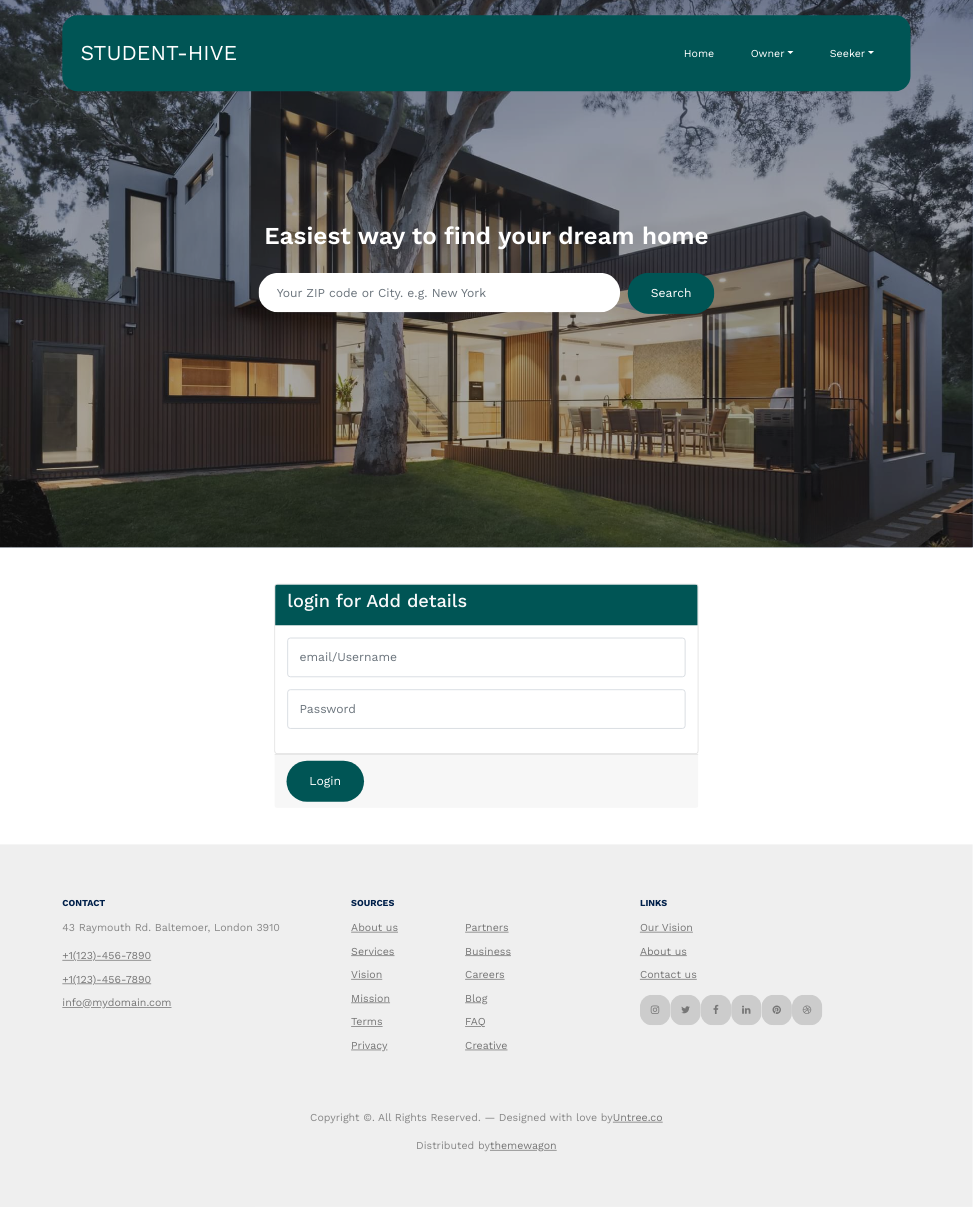
Repository: Farhan0021/Rentalproject
Page: /owner/Login (app in front/)
An editor plug-in stored every save of this project. The page is shown before and after a run of saves, followed by the edit.
The browser window is 1280 px wide. The pictures show the whole page, at 76% of full size.
The project was rebuilt for these pictures with package versions that can differ from the ones it lists, and the page was loaded fresh each time. Also part of the build but not shown: front/vite.config.js, front/src/pages/Home.jsx, front/src/pages/seekers/Login.jsx, front/src/schema/SeekerSignupSchema.jsx, front/src/pages/seekers/Signup.jsx, front/src/schema/OwnerSignupSchema.jsx, front/src/pages/owner/Signup.jsx, front/src/pages/Details.jsx and 1 more.

Above is the page before, as saved 2025-05-09 10:50:55.
Console error: TypeError: Cannot read properties of null (reading 'style')

After the next 2 saves:
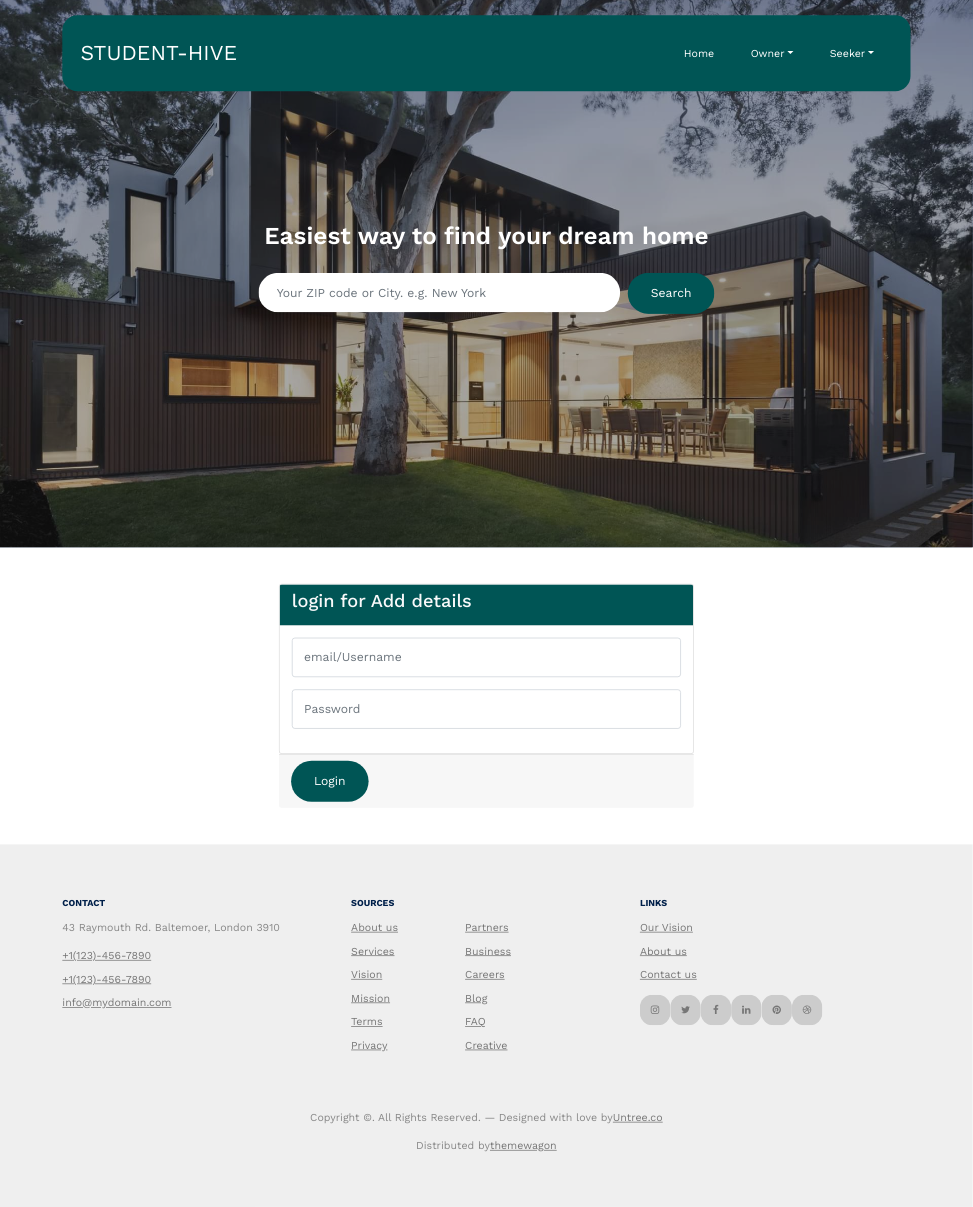
The 2 saves are shown as one change because 1 did not build or start.
The last was saved 6 min 39 s later.
--- a/front/src/pages/owner/Login.jsx
+++ b/front/src/pages/owner/Login.jsx
@@ -3,11 +3,18 @@ import {useFormik} from 'formik'
 import LoginSchema from '../../schema/LoginSchema'
 
 const Login  = () => {
+
+  let loginFrm = useFormik({
+    initialValues :{
+      email : "",
+      password : ""
+    }
+  })
     return (
         <div className="container" style={{minHeigh : "700px"}}>
+          <form onSubmit={loginFrm.handleSubmit}>
 
-
-        <div className="row"></div>
+          <div className="row">
         <div className="col-md-6 offset-md-3 my-5">
 
          <div className="card">
@@ -49,6 +56,8 @@ const Login  = () => {
                 </div>
             </div>
          </div>
+         </div>
+         </form>
         </div>
     )
 }
